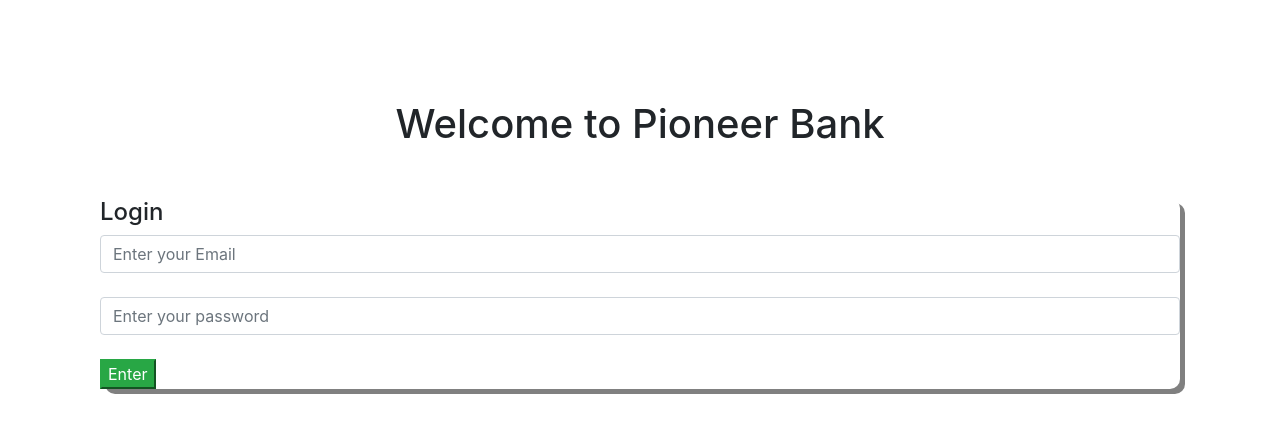
Repository: omarhasnain/pioneer-bank
Page: index.html
These files come from the project's save history. The page is drawn as it stood at one moment and after the next save; the edit follows.
The browser window is 1280 px wide. The pictures show the whole page.

Above is the page before, as saved 2021-04-27 17:08:30.

### index.html
<!DOCTYPE html>
<html lang="en">

<head>
    <meta charset="UTF-8">
    <meta http-equiv="X-UA-Compatible" content="IE=edge">
    <meta name="viewport" content="width=device-width, initial-scale=1.0">
    <title>Pioneer Bank</title>
    <link rel="stylesheet" href="https://stackpath.bootstrapcdn.com/bootstrap/4.4.1/css/bootstrap.min.css" integrity="sha384-Vkoo8x4CGsO3+Hhxv8T/Q5PaXtkKtu6ug5TOeNV6gBiFeWPGFN9MuhOf23Q9Ifjh" crossorigin="anonymous">
    <link rel="stylesheet" href="style.css">
</head>

<body>

    <div id="login-area">
        <h1 class="text-center">Welcome to Pioneer Bank</h1>
        <div class="submit-area">
            <h4>Login</h4>
            <input type="text" class="form-control" placeholder="Enter your Email">
            <br>
            <input type="password" name="" id="" placeholder="Enter your password" class="form-control">
            <br>
            <button class="btn-success">Enter</button>
        </div>
    </div>


</body>

</html>

### style.css
body {
    padding: 100px;
}

.submit-area {
    margin-top: 50px;
    border-radius: 10px;
    box-shadow: 5px 5px grey;
}

After the next save:
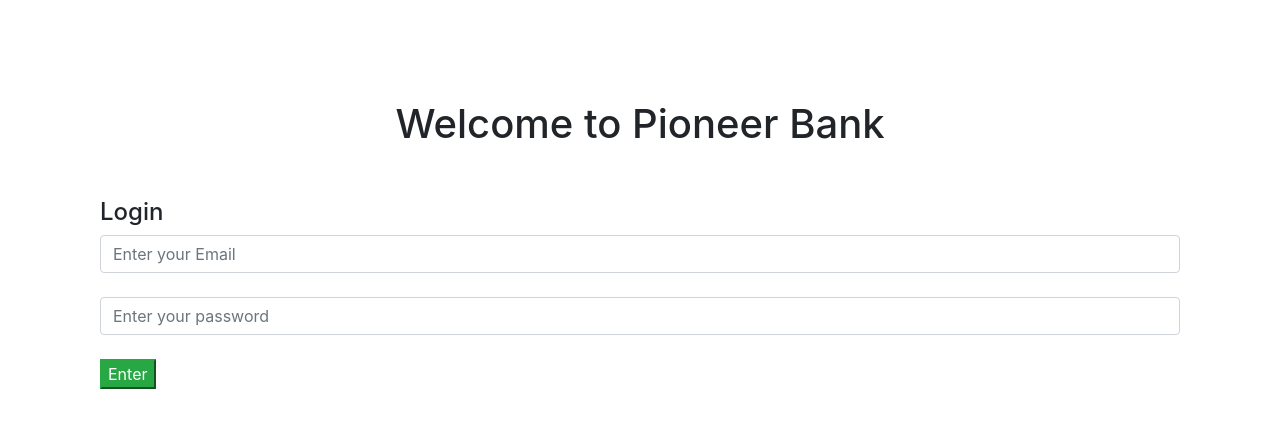
Saved 8 s later.
--- a/style.css
+++ b/style.css
@@ -5,5 +5,5 @@
 .submit-area {
     margin-top: 50px;
     border-radius: 10px;
-    box-shadow: 5px 5px grey;
+    box-shadow: 5px 5px solid grey;
 }

After the save that followed:
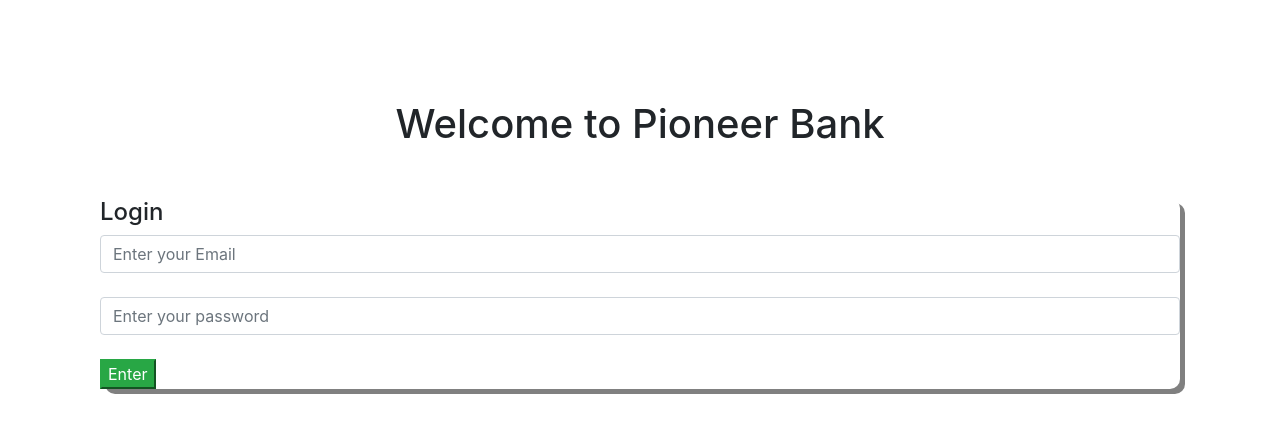
Saved 80 s later.
--- a/style.css
+++ b/style.css
@@ -5,5 +5,5 @@
 .submit-area {
     margin-top: 50px;
     border-radius: 10px;
-    box-shadow: 5px 5px solid grey;
+    box-shadow: 5px 5px grey;
 }
